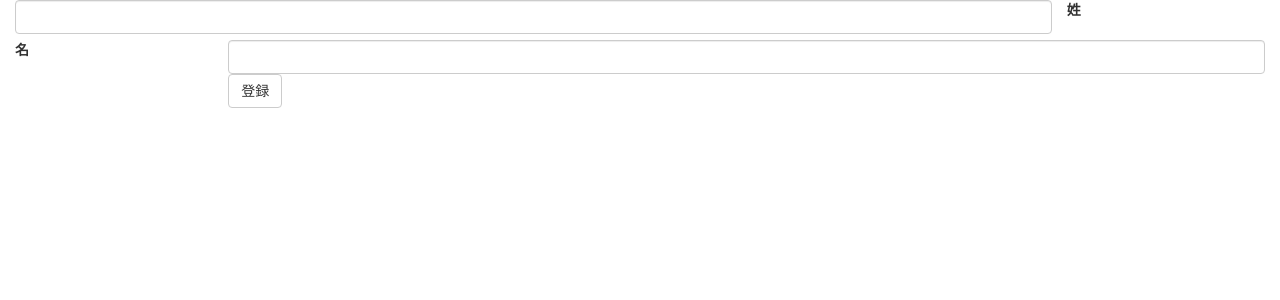
Repository: erinakatagiri/gomi
Page: bootstrap_lesson.html
The author's editor kept a record of every edit. The page is drawn from the files as they stood at one moment, then again after the next edit.
The browser window is 1280 px wide. The pictures show the whole page.

Above is the page before.

After the next edit:
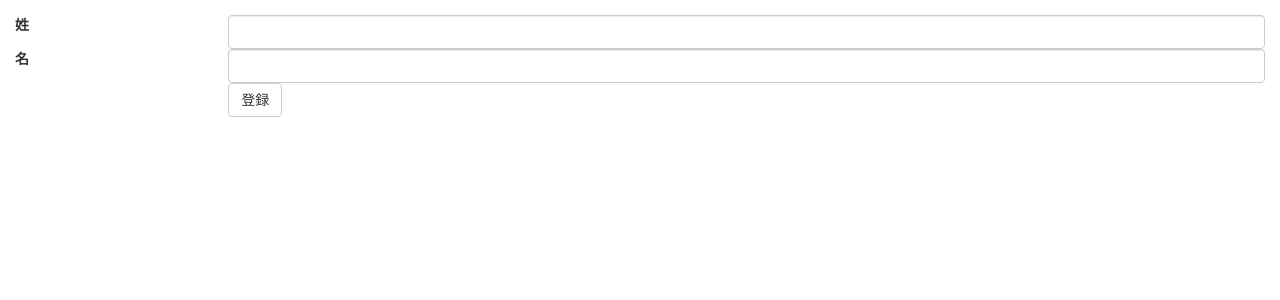
The edit:
--- a/bootstrap_lesson.html
+++ b/bootstrap_lesson.html
@@ -29,7 +29,7 @@
        <form class=horizontal>
   <!-- "form-group" expresses a row -->
   <div class="form-group">
-    <label class="col-2 control-label">姓</label>
+    <label class="col-xs-2 control-label" "text_center">姓</label>
     <div class="col-xs-10">
       <input type="text" class="form-control"  name="lastname">
     </div>
